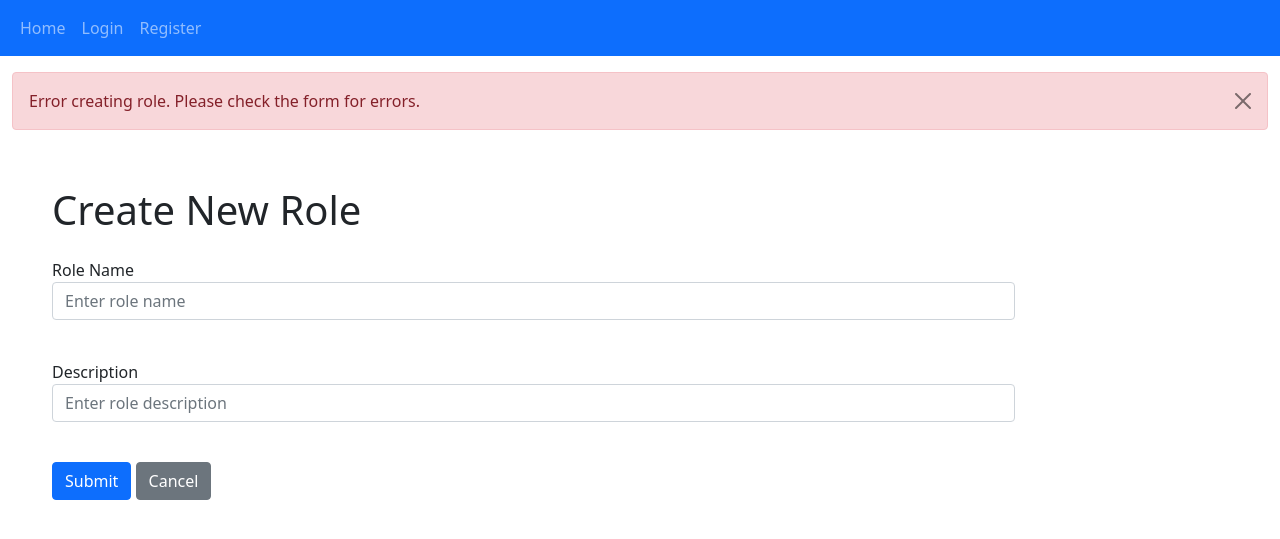
Repository: Matsikembareb/myPowervision
Page: http://localhost/create-role
These files come from the project's save history. The page is drawn as it stood at one moment and after the next save; the edit follows.
The browser window is 1280 px wide. The pictures show the whole page.
The page is served by the project's application, run on Flask 3 (01prototype/myPowervision/__init__.py). Other server files are loaded and not shown.

Above is the page before, as saved 2025-09-26 16:28:33.

### 01prototype/myPowervision/templates/user_management/create_role.html
{% extends 'base.html' %}
{% block content %}
  <div class="container mt-4">
    <h1 class="mb-4">Create New Role</h1>
    {{ form.hidden_tag() }}
    <form action="" method="POST">
      <p>
        {{ form.name.label }}<br>
        {{ form.name(class="form-control", placeholder="Enter role name") }}<br>
        {% for error in form.name.errors %}
          <span style="color: red;">[{{ error }}]</span>
        {% endfor %}
      </p>
      <p>
        {{ form.description.label }}<br>
        {{ form.description(class="form-control", placeholder="Enter role description") }}<br>
        {% for error in form.description.errors %}
          <span style="color: red;">[{{ error }}]</span>
        {% endfor %}
      </p>
      <p>
        {{ form.submit(class="btn btn-primary") }}
        <a href="{{ url_for('roleManagement') }}" class="btn btn-secondary">Cancel</a>
      </p>
    </form>
  </div>
{% endblock content %}

### 01prototype/myPowervision/templates/base.html
<!doctype html>
<html lang="en">
  <head>
    <!-- Required meta tags -->
    <meta charset="utf-8">
    <meta name="viewport" content="width=device-width, initial-scale=1">

    <!-- Bootstrap CSS -->
    <link href="https://cdn.jsdelivr.net/npm/bootstrap@5.0.2/dist/css/bootstrap.min.css" rel="stylesheet" integrity="sha384-EVSTQN3/azprG1Anm3QDgpJLIm9Nao0Yz1ztcQTwFspd3yD65VohhpuuCOmLASjC" crossorigin="anonymous">
    <!-- Font Awesome for icons -->
    <link href="https://cdnjs.cloudflare.com/ajax/libs/font-awesome/6.0.0/css/all.min.css" rel="stylesheet">

    {% if title %}
    <title>{{ title }} - myPowervision</title>
    {% else %}
    <title>myPowervision</title>
    {% endif %}
  </head>
  <body>
    <nav class="navbar navbar-expand-sm bg-primary navbar-dark">
      <div class="container-fluid">
        <ul class="navbar-nav">
          <li class="nav-item">
          <a class="nav-link {{ 'active' if active == 'home' else '' }}" href="{{ url_for('home_page') }}">Home<span class="visually-hidden">(current)</span></a>
          </li>
          {% if current_user.is_anonymous %}
          <li class="nav-item">
            <a class="nav-link {{ 'active' if active == 'login' else '' }}" href="{{ url_for('login_page') }}">Login</a>
          </li>
          <li class="nav-item">
            <a class="nav-link {{ 'active' if active == 'register' else '' }}" href="{{ url_for('register_page') }}">Register</a>
          </li>
          {% else %}
          <li class="nav-item">
            <a class="nav-link btn btn-outline-light btn-sm" href="{{ url_for('logout') }}">Logout</a>
          </li>
          {% endif %}
        </ul>
      </div>
    </nav>


    <!-- Flash messages -->
    {% with messages=get_flashed_messages(with_categories=True) %}
      {% if messages %}
        <div class="container-fluid mt-3">
          {% for category, message in messages %}
            <div class="alert alert-{{ category }} alert-dismissible fade show">
              <button type="button" class="btn-close" data-bs-dismiss="alert" aria-label="Close"></button>
              {{ message }}
            </div>
          {% endfor %}
        </div>
      {% endif %}
    {% endwith %}

    <!-- Main layout with sidebar and content -->
    <div class="container-fluid">
      <div class="row">
        {% if current_user.is_authenticated %}
        <!-- Vertical Sidebar -->
        <div class="col-md-3 col-lg-2 px-0">
          {% include 'menu.html' %}
        </div>
        {% endif %}
        <!-- Main Content Area -->
        <div class="col-md-9 col-lg-10">
          <main class="p-3">
            {% block content %}{% endblock content %}
          </main>
        </div>
      </div>
    </div>

    <!-- Bootstrap Bundle with Popper -->
    <script src="https://cdn.jsdelivr.net/npm/bootstrap@5.0.2/dist/js/bootstrap.bundle.min.js" integrity="sha384-MrcW6ZMFYlzcLA8Nl+NtUVF0sA7MsXsP1UyJoMp4YLEuNSfAP+JcXn/tWtIaxVXM" crossorigin="anonymous"></script>
  </body>
</html>

### 01prototype/myPowervision/forms.py
from flask_wtf import FlaskForm
from wtforms import StringField, PasswordField, BooleanField, SubmitField
from wtforms.validators import DataRequired, Email, EqualTo, Length, ValidationError
import sqlalchemy as sa
from myPowervision import db
from myPowervision.models import Permission, Staff, User, Role

class LoginForm(FlaskForm):
    username = StringField('Username', validators=[DataRequired()])
    password = PasswordField('Password', validators=[DataRequired()])
    remember_me = BooleanField('Remember Me')
    submit = SubmitField('Sign In')

class RegistrationForm(FlaskForm):
    username = StringField('Username', validators=[DataRequired(), Length(min=4, max=64)])
    email = StringField('Email', validators=[DataRequired(), Email(), Length(max=64)])
    password = PasswordField('Password', validators=[DataRequired(), Length(min=6, max=128)])
    password2 = PasswordField('Repeat Password', validators=[DataRequired(), EqualTo('password')])
    submit = SubmitField('Register')

    def validate_username(self, username):
        user = db.session.scalar(sa.select(User).where(User.username == username.data))
        if user is not None:
            raise ValidationError('Please use a different username.')

    def validate_email(self, email):
        user = db.session.scalar(sa.select(User).where(User.email == email.data))
        if user is not None:
            raise ValidationError('Please use a different email address.')

class StaffForm(FlaskForm):
    name = StringField('First Name', validators=[DataRequired(), Length(min=1, max=64)])
    surname = StringField('Last Name', validators=[DataRequired(), Length(min=1, max=64)])
    email = StringField('Email', validators=[DataRequired(), Email(), Length(max=64)])
    phone = StringField('Phone Number', validators=[Length(max=20)])
    department = StringField('Department', validators=[Length(max=64)])
    position = StringField('Position', validators=[Length(max=64)])
    hire_date = StringField('Hire Date', validators=[Length(max=10)])  # Format: YYYY-MM-DD
    salary = StringField('Salary', validators=[Length(max=20)])
    allowances_worth = StringField('Allowances Worth', validators=[Length(max=20)])
    submit = SubmitField('Submit')

    def validate_email(self, email):
        staff = db.session.scalar(sa.select(Staff).where(Staff.email == email.data))
        if staff is not None:
            raise ValidationError('Email already exists. Please use a different email address.')

class RoleForm(FlaskForm):
    name = StringField('Role Name', validators=[DataRequired(), Length(min=2, max=64)])
    description = StringField('Description', validators=[Length(max=256)])
    submit = SubmitField('Submit')

    def validate_name(self, name):  # Changed from validate_role to validate_name
        role = db.session.scalar(sa.select(Role).where(Role.name == name.data))
        if role is not None:
            raise ValidationError('Role already exists.')  # Use ValidationError instead of ValueError
class PermissionForm(FlaskForm):
    name = StringField('Permission Name', validators=[DataRequired(), Length(min=2, max=64)])
    description = StringField('Description', validators=[Length(max=256)])
    submit = SubmitField('Submit')

    def validate_name(self, name):  # Changed from validate_role to validate_name
        permission = db.session.scalar(sa.select(Permission).where(Permission.name == name.data))
        if permission is not None:
            raise ValidationError('Permission already exists.')

### 01prototype/myPowervision/routes.py
from myPowervision import app
from flask import render_template, url_for, redirect, flash, request
from flask_login import login_user, logout_user, current_user
from urllib.parse import urlsplit
import sqlalchemy as sa

from myPowervision import db
from myPowervision.forms import LoginForm, RegistrationForm, RoleForm, PermissionForm, StaffForm
from myPowervision.models import Permission, Role, Staff, User


@app.route('/')
@app.route('/home')
def home_page():
    return render_template('index.html', title='Home', active='home')

@app.route('/register', methods=['GET', 'POST'])
def register_page():
    if current_user.is_authenticated:
        return redirect(url_for('home_page'))
    form = RegistrationForm()
    if form.validate_on_submit():
        user = User(username=form.username.data, email=form.email.data)
        user.set_password(form.password.data)
        db.session.add(user)
        db.session.commit()
        flash('Registration successful! You can now log in.', category='success')
        return redirect(url_for('login_page'))
    return render_template('auth/register.html', title='Register', active='register', form=form)

@app.route('/login', methods=['GET', 'POST'])
def login_page():
    if current_user.is_authenticated:
        return redirect(url_for('home_page'))
    form = LoginForm()
    if form.validate_on_submit():
        user = db.session.scalar(sa.select(User).where(User.username == form.username.data))
        if user:
            if user.check_password(form.password.data):
                login_user(user, remember=form.remember_me.data)
                next_page = request.args.get('next')
                if not next_page or urlsplit(next_page).netloc != '':
                    next_page = url_for('home_page')
                flash(f'Login successful for user {form.username.data}', category='success')
                return redirect(next_page)
            else:
                flash('Invalid password!', category='danger')
                return redirect(url_for('login_page'))
        else:
            flash('User not found!', category='danger')
            return redirect(url_for('login_page'))

    return render_template('auth/login.html', title='Sign In', active='login', form=form)

@app.route('/forgot-password')
def forgot_password_page():
    return render_template('auth/forgot_password.html', title='Forgot Password', active='forgot_password')

@app.route('/logout')
def logout():
    logout_user()
    flash('You have been logged out.', category='success')
    return redirect(url_for('home_page'))

# ---------------------------------STAFF, DEPARTMENTS, POSITIONS--------------------------------------
# ---------------------------------Staff--------------------------------------
@app.route("/staff")
def staffManagement():
    return render_template('staff_management/staff.html', title='Staff Management', active='staff')
@app.route("/create-staff", methods=['GET', 'POST'])
def create_staff():
    form = StaffForm()
    if form.validate_on_submit():
        new_staff = Staff(name=form.name.data, department=form.department.data, position=form.position.data)
        db.session.add(new_staff)
        db.session.commit()
        flash('Staff created successfully!', category='success')
        return redirect(url_for('staffManagement'))
    return render_template('staff_management/create_staff.html', title='Create Staff', active='staff', form=form)
# ---------------------------------Departments--------------------------------------
@app.route("/departments")
def departmentManagement():
    return render_template('staff_management/departments.html', title='Department Management', active='departments')
# ---------------------------------Positions--------------------------------------
@app.route("/positions")
def positionManagement():
    return render_template('staff_management/positions.html', title='Position Management', active='positions')

# ---------------------------------USERS, ROLES, PERMISSIONS--------------------------------------
# ---------------------------------Users--------------------------------------
@app.route("/users")
def userManagement():
    users = db.session.scalars(sa.select(User)).all()
    return render_template('user_management/users.html', title='User Management', active='users', users=users)

# ---------------------------------Roles--------------------------------------
@app.route("/roles")
def roleManagement():
    return render_template('user_management/roles.html', title='Role Management', active='roles')

@app.route("/create-role", methods=['GET', 'POST'])
def create_role():
    form = RoleForm()
    if form.validate_on_submit():
        new_role = Role(name=form.name.data, description=form.description.data)
        db.session.add(new_role)
        db.session.commit()
        flash('Role created successfully!', category='success')
        return redirect(url_for('roleManagement'))
    else:
        flash('Error creating role. Please check the form for errors.', category='danger')
    return render_template('user_management/create_role.html', title='Create Role', active='roles', form=form)

# ---------------------------------Permissions--------------------------------------
@app.route("/permissions")
def permissionManagement():
    return render_template('user_management/permissions.html', title='Permission Management', active='permissions')

@app.route("/create-permission", methods=['GET', 'POST'])
def create_permission():
    form = PermissionForm()
    if form.validate_on_submit():
        new_permission = Permission(name=form.name.data, description=form.description.data)
        db.session.add(new_permission)
        db.session.commit()
        flash('Permission created successfully!', category='success')
        return redirect(url_for('permissionManagement'))
    return render_template('user_management/create_permission.html', title='Create Permission', active='permissions', form=form)
# ---------------------------------admin area--------------------------------------


# admin dashboard
@app.route("/admin/dashboard", methods=['GET','POST'])
def adminDashboard():
    if not session.get('admin_id'):
        return redirect(url_for('adminIndex'))
    total_users = User.query.count()
    approved_users = User.query.filter_by(status=1).count()
    disapproved_users = User.query.filter_by(status=0).count()
    return render_template("auth/admin/dashboard.html", title="Admin Dashboard", total_users=total_users, approved_users=approved_users, disapproved_users=disapproved_users)

# ADMIN get all users
@app.route("/admin/users", methods=['GET','POST'])
def adminUsers():
    if not session.get('admin_id'):
        return redirect(url_for('adminIndex'))
    users = User.query.all()
    if request.method == 'POST':
        # Fetch all users
        search = request.form.get('search')
        users = User.query.filter((User.fname.contains(search)) | (User.lname.contains(search)) | (User.email.contains(search))).all()
    return render_template("auth/admin/users.html", title="All Users", users=users)

# ADMIN approve user
@app.route("/admin/approve/<int:user_id>")
def adminApproveUser(user_id):
    if not session.get('admin_id'):
        return redirect(url_for('adminIndex'))
    user = User.query.get(user_id)
    if user:
        user.status = 1  # Approve the user
        db.session.commit()
        flash("User approved successfully", "success")
    else:
        flash("Error!", "danger")
    return redirect(url_for('adminUsers'))

# ADMIN disapprove user
@app.route("/admin/disapprove")
def adminDisapproveUser(user_id):
    if not session.get('admin_id'):
        return redirect(url_for('adminIndex'))
    user = User.query.get(user_id)
    if user:
        user.status = 0  # Disapprove the user
        db.session.commit()
        flash("User disapproved successfully", "success")
    else:
        flash("Error!", "danger")
    return redirect(url_for('adminUsers'))

### 01prototype/myPowervision/__init__.py
from flask import Flask, render_template, redirect, url_for, flash
from config import Config
from flask_sqlalchemy import SQLAlchemy
from flask_migrate import Migrate
from flask_login import LoginManager

app = Flask(__name__)
app.config.from_object(Config)
db = SQLAlchemy(app)
migrate = Migrate(app, db)
login = LoginManager(app)
login.login_view = 'login_page'

from myPowervision import routes, models

After the next save:
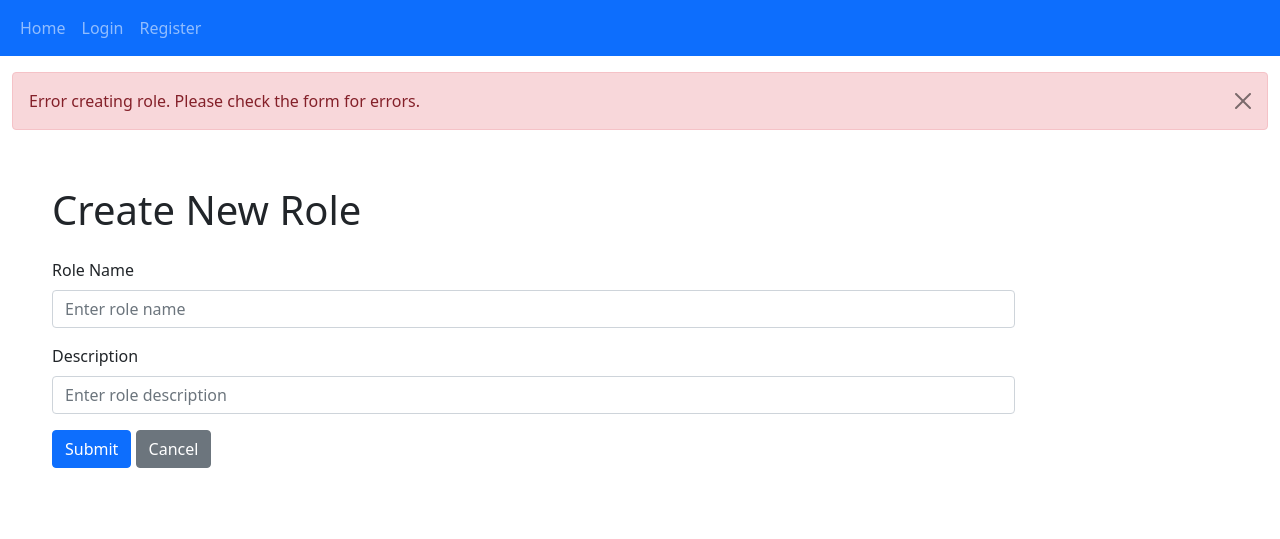
Saved 15 s later.
--- a/01prototype/myPowervision/templates/user_management/create_role.html
+++ b/01prototype/myPowervision/templates/user_management/create_role.html
@@ -2,26 +2,30 @@
 {% block content %}
   <div class="container mt-4">
     <h1 class="mb-4">Create New Role</h1>
-    {{ form.hidden_tag() }}
-    <form action="" method="POST">
-      <p>
-        {{ form.name.label }}<br>
-        {{ form.name(class="form-control", placeholder="Enter role name") }}<br>
+
+    <form method="POST">
+      {{ form.hidden_tag() }}
+
+      <div class="mb-3">
+        {{ form.name.label(class="form-label") }}
+        {{ form.name(class="form-control", placeholder="Enter role name") }}
         {% for error in form.name.errors %}
-          <span style="color: red;">[{{ error }}]</span>
+          <div class="text-danger">{{ error }}</div>
         {% endfor %}
-      </p>
-      <p>
-        {{ form.description.label }}<br>
-        {{ form.description(class="form-control", placeholder="Enter role description") }}<br>
+      </div>
+
+      <div class="mb-3">
+        {{ form.description.label(class="form-label") }}
+        {{ form.description(class="form-control", placeholder="Enter role description") }}
         {% for error in form.description.errors %}
-          <span style="color: red;">[{{ error }}]</span>
+          <div class="text-danger">{{ error }}</div>
         {% endfor %}
-      </p>
-      <p>
+      </div>
+
+      <div class="mb-3">
         {{ form.submit(class="btn btn-primary") }}
         <a href="{{ url_for('roleManagement') }}" class="btn btn-secondary">Cancel</a>
-      </p>
+      </div>
     </form>
   </div>
 {% endblock content %}
